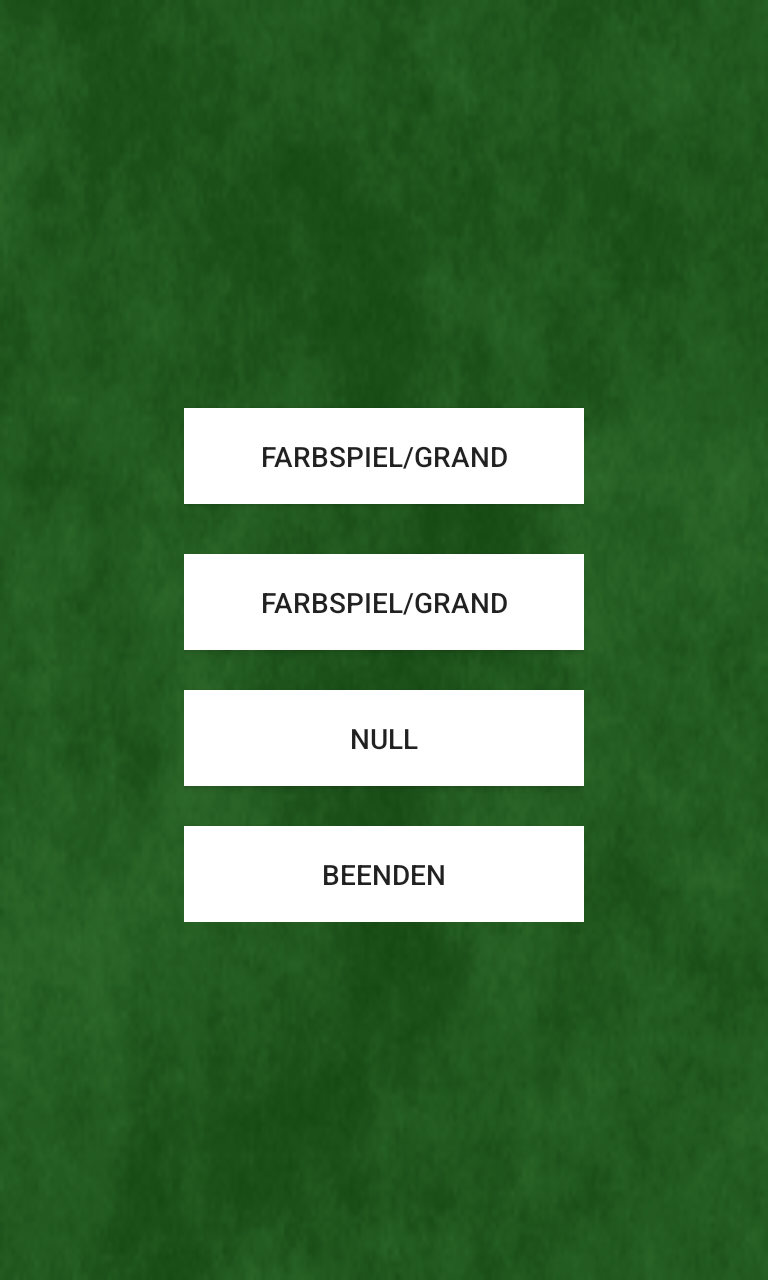
Repository: razinanu/InSy-Skat
Layout: InSy-Skat/res/layout/fragment_null_s.xml
An editor plug-in stored every save of this project. The layout is shown before and after the next save, followed by the edit.
It is drawn on a 768 x 1280 px phone screen (xhdpi) without system bars, with theme AppThemeWithoutActionBarTitle; the app's code is not run.

Above is the layout before, as saved 2014-06-21 18:08:25.

After the next save:
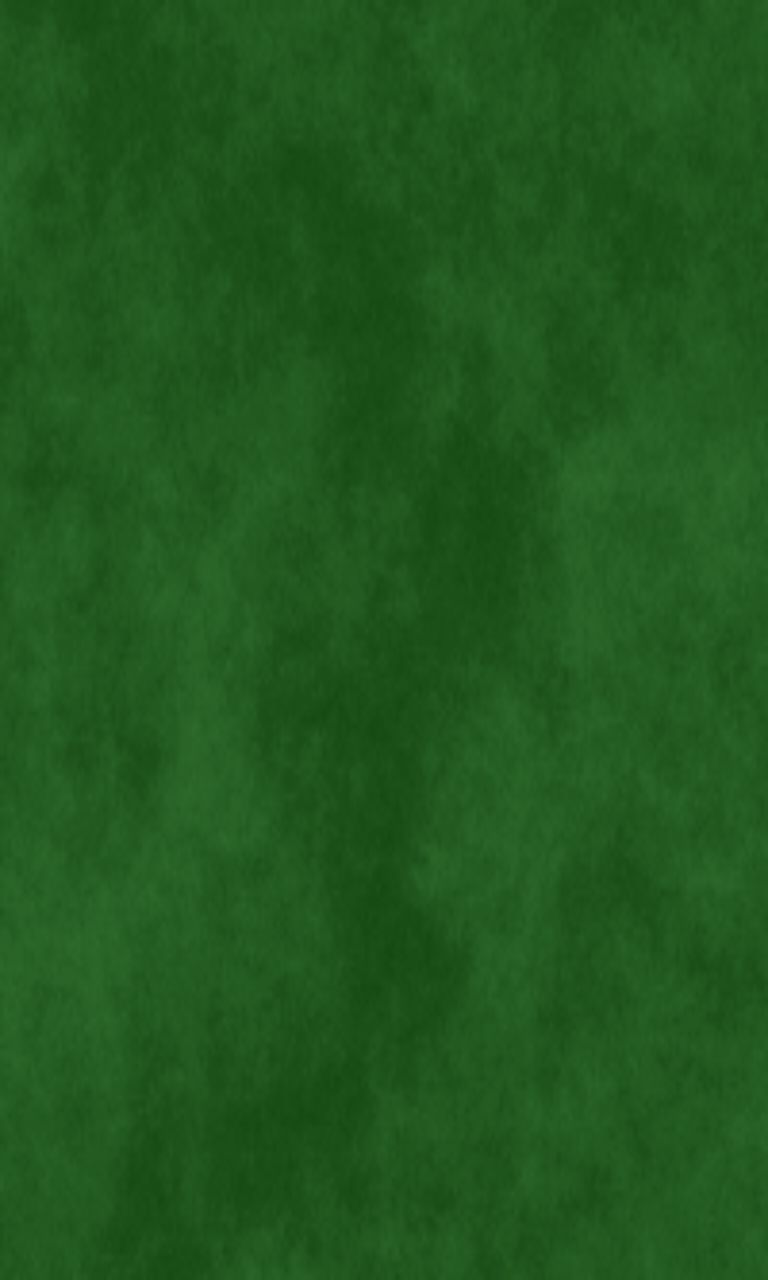
Saved 4 min 42 s later.
--- a/InSy-Skat/res/layout/fragment_null_s.xml
+++ b/InSy-Skat/res/layout/fragment_null_s.xml
@@ -1,4 +1,4 @@
-<ScrollView xmlns:android="http://schemas.android.com/apk/res/android"
+<LinearLayout xmlns:android="http://schemas.android.com/apk/res/android"
     xmlns:tools="http://schemas.android.com/tools"
     android:layout_width="match_parent"
     android:layout_height="match_parent"
@@ -8,53 +8,7 @@
     android:paddingTop="@dimen/activity_vertical_margin"
     android:background="@drawable/hintergrundapp"
     tools:context="com.example.insy_skat.NullSPActivity$PlaceholderFragment" >
-  <LinearLayout
-        android:layout_width="200dp"
-        android:layout_height="wrap_content"
-
-        android:orientation="vertical"
-        android:layout_gravity="center" >
-          <Button
-            android:id="@+id/farbGrandGameButton"
-            android:layout_width="match_parent"
-            android:layout_height="wrap_content"
-            android:layout_marginTop="25dp"
-             android:gravity="center"
-            android:text="@string/farbspielGrand"
-            android:onClick="selectSoldiersActivity"
-            android:background="#ffffff" />
-
-        <Button
-            android:id="@+id/farbGrandGameButton"
-            android:layout_width="match_parent"
-            android:layout_height="wrap_content"
-            android:layout_marginTop="25dp"
-             android:gravity="center"
-            android:text="@string/farbspielGrand"
-            android:onClick="selectSoldiersActivity"
-            android:background="#ffffff" />
-
-        <Button
-            android:id="@+id/nullGameButton"
-            android:layout_width="match_parent"
-            android:layout_height="wrap_content"
-            android:layout_marginTop="20dp"
-            android:gravity="center"
-            android:text="@string/nullString"
-            android:background="#ffffff"/>
-
-        <Button
-            android:id="@+id/exiteButton"
-            android:layout_width="match_parent"
-            android:layout_height="wrap_content"
-            android:layout_marginTop="20dp"
-             android:gravity="center"
-            android:text="@string/abbrechen"
-            android:background="#ffffff"/>
 
 
 
-    </LinearLayout>
-
-
-</ScrollView>
+<LinearLayout>
